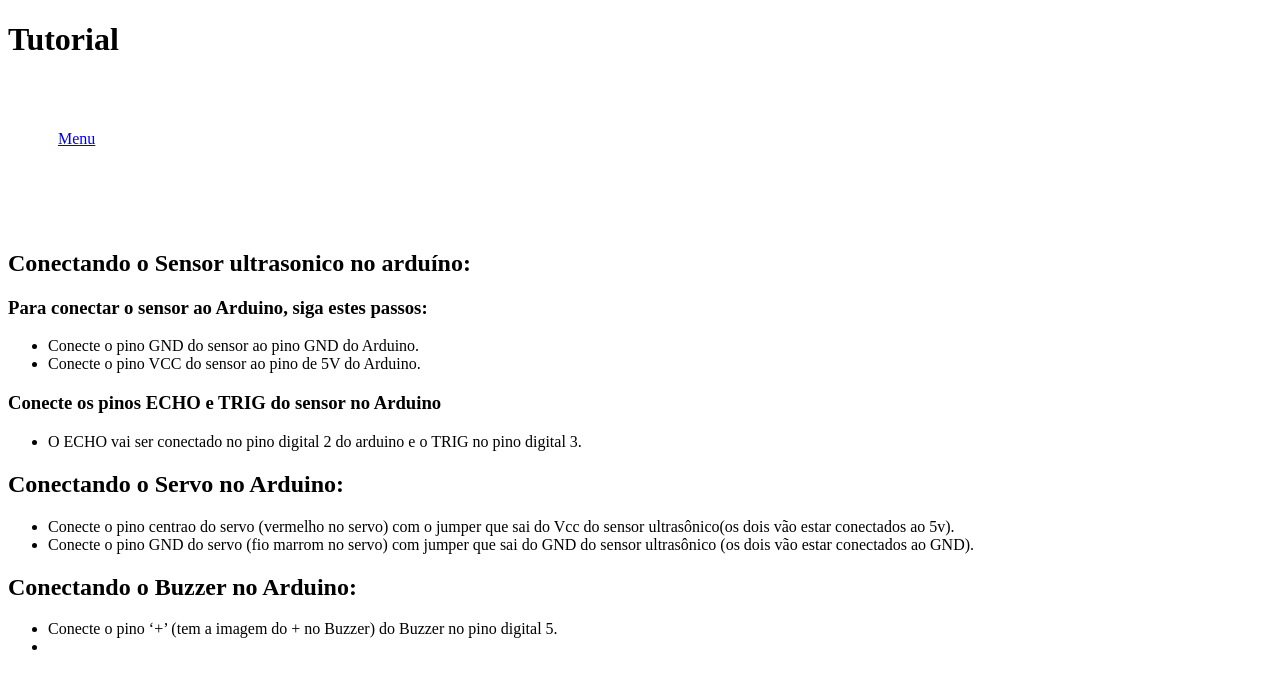
Repository: Eito2511/Site-tutorial-arduino
Page: tutorial.html
The author's editor kept a copy of each file at every save. The page is drawn from the files as they stood at one save, then again after the next save.
The browser window is 1280 px wide. The pictures show the whole page.

Above is the page before, as saved 2025-06-03 18:34:51.

### tutorial.html
<!DOCTYPE html>
<html lang="en">
  <head>
    <meta charset="UTF-8" />
    <meta name="viewport" content="width=device-width, initial-scale=1.0" />
    <title>Tutorial</title>
  </head>
  <body>
    <header>
      <h1 class="titulo">Tutorial</h1>
    </header>

    <section style="height: 50px; padding: 50px">
      <a href="index.html" class="btn">Menu</a>
    </section>

    <div>
      <h2>Conectando o Sensor ultrasonico no arduíno:</h1>
      <h3>Para conectar o sensor ao Arduino, siga estes passos:</h2>
      <ul>
        <li>Conecte o pino GND do sensor ao pino GND do Arduino.</li>
        <li>Conecte o pino VCC do sensor ao pino de 5V do Arduino.</li>
      </ul>
      <h3>Conecte os pinos ECHO e TRIG do sensor no Arduino</h3>
      <ul>
        <li>O ECHO vai ser conectado no pino digital 2 do arduino e o TRIG no pino digital 3.</li>
      </ul>
    </div>

    <div>
      <h2>Conectando o Servo no Arduino:</h2>
      <ul>
        <li>
          Conecte o pino centrao do servo (vermelho no servo) com o jumper
 que sai do Vcc do sensor ultrasônico(os dois vão estar conectados
 ao 5v).
        </li>
        <li>
      Conecte o pino GND do servo (fio marrom no servo) com jumper que sai
 do GND do sensor ultrasônico (os dois vão estar conectados ao GND).
        </li>
      </ul>
    </div>

  <div>
    <h2>Conectando o Buzzer no Arduino:</h2>
    <ul>
        <li>
            Conecte o pino ‘+’ (tem a imagem do + no Buzzer) do Buzzer no pino digital 5.
        </li>
        <li>

        </li>
    </ul>
  </div>
  </body>
</html>

After the next save:
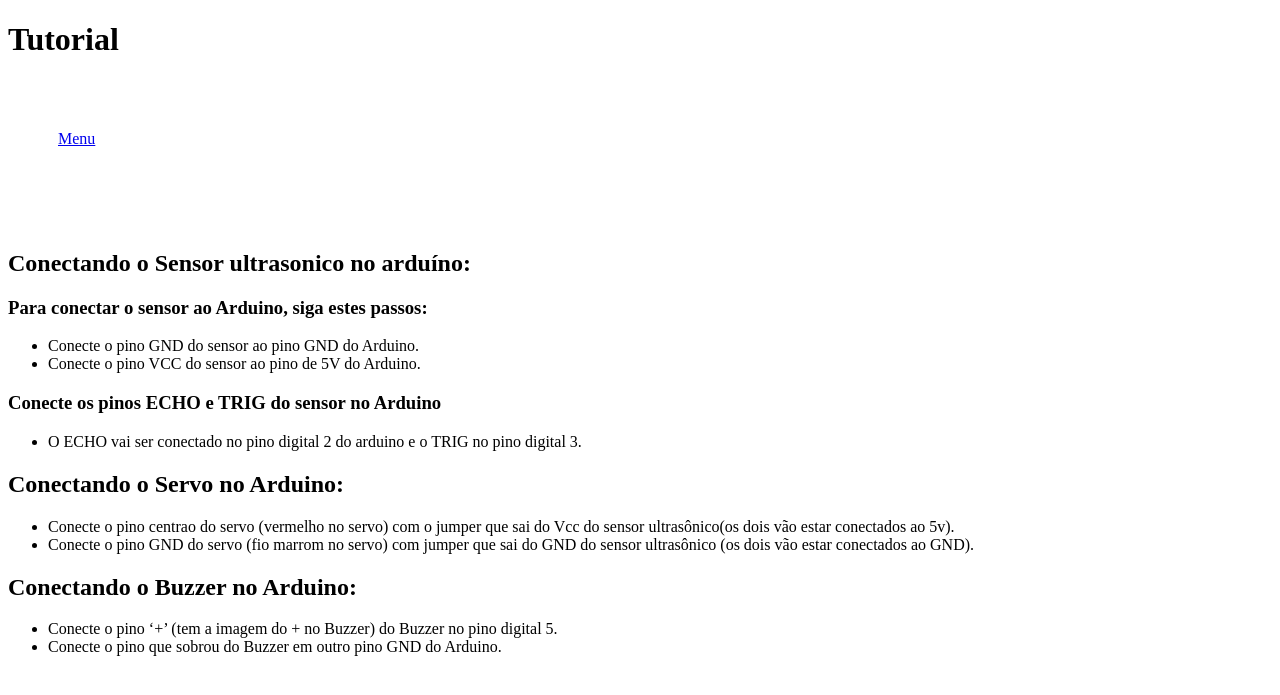
Saved 8 s later.
--- a/tutorial.html
+++ b/tutorial.html
@@ -49,7 +49,7 @@
             Conecte o pino ‘+’ (tem a imagem do + no Buzzer) do Buzzer no pino digital 5.
         </li>
         <li>
-
+            Conecte o pino que sobrou do Buzzer em outro pino GND do Arduino.
         </li>
     </ul>
   </div>
